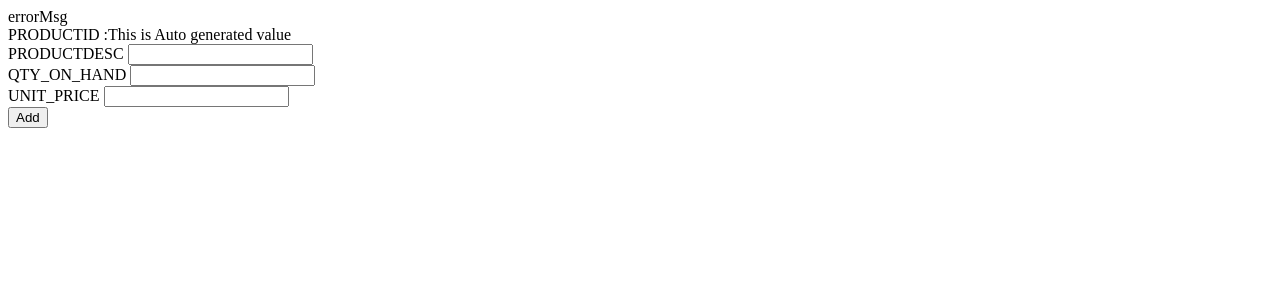
Repository: deevanshu07/Projects
Page: http://localhost/Assignment2_Dynamic/Addproduct.jsp
An editor plug-in stored every save of this project. The page is shown before and after the next save, followed by the edit.
The browser window is 1280 px wide. The pictures show the whole page.
The page is served by Tomcat 9. Other server files are loaded and not shown.

Above is the page before, as saved 2015-03-21 05:55:23.

### BOOT_CAMP_PROJECTS/Deevanshu1/Assignment2_Dynamic/WebContent/Addproduct.jsp
<%@ page language="java" contentType="text/html; charset=ISO-8859-1"
    pageEncoding="ISO-8859-1"%>
    <%@ page import="java.util.*" %>
<!DOCTYPE html PUBLIC "-//W3C//DTD HTML 4.01 Transitional//EN" "http://www.w3.org/TR/html4/loose.dtd">
<html>
<head>
<meta http-equiv="Content-Type" content="text/html; charset=ISO-8859-1">
<title>Insert title here</title>
</head>
<body>
<% List<String> errorMsg= new ArrayList() ;
%>
<h>errorMsg</h>
<form action="Addproduct">
PRODUCTID   :This is Auto generated value<br/>
PRODUCTDESC <input type="text" name="productDesc"/><br/>
QTY_ON_HAND  <input type="text" name="qty_on_hand"/><br/>
UNIT_PRICE	 <input type="text" name="unit_price"/><br/>
<input type="submit" value="Add"/>
</form>
</body>
</html>

After the next save:
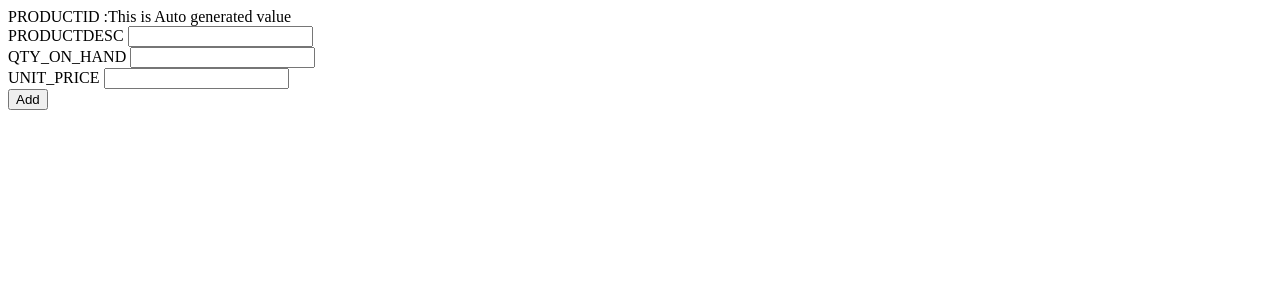
Saved 5 min 58 s later.
--- a/BOOT_CAMP_PROJECTS/Deevanshu1/Assignment2_Dynamic/WebContent/Addproduct.jsp
+++ b/BOOT_CAMP_PROJECTS/Deevanshu1/Assignment2_Dynamic/WebContent/Addproduct.jsp
@@ -8,9 +8,19 @@
 <title>Insert title here</title>
 </head>
 <body>
-<% List<String> errorMsg= new ArrayList() ;
-%>
-<h>errorMsg</h>
+<%  List errorMsgs = (List) request.getAttribute("errorMsgs");%>
+	<%if ( errorMsgs != null )
+	{
+
+
+            Iterator items = errorMsgs.iterator();
+            while ( items.hasNext() ) {
+                String message = (String) items.next();
+              %> <p>message</p><%
+            }
+            }
+	%>
+
 <form action="Addproduct">
 PRODUCTID   :This is Auto generated value<br/>
 PRODUCTDESC <input type="text" name="productDesc"/><br/>
